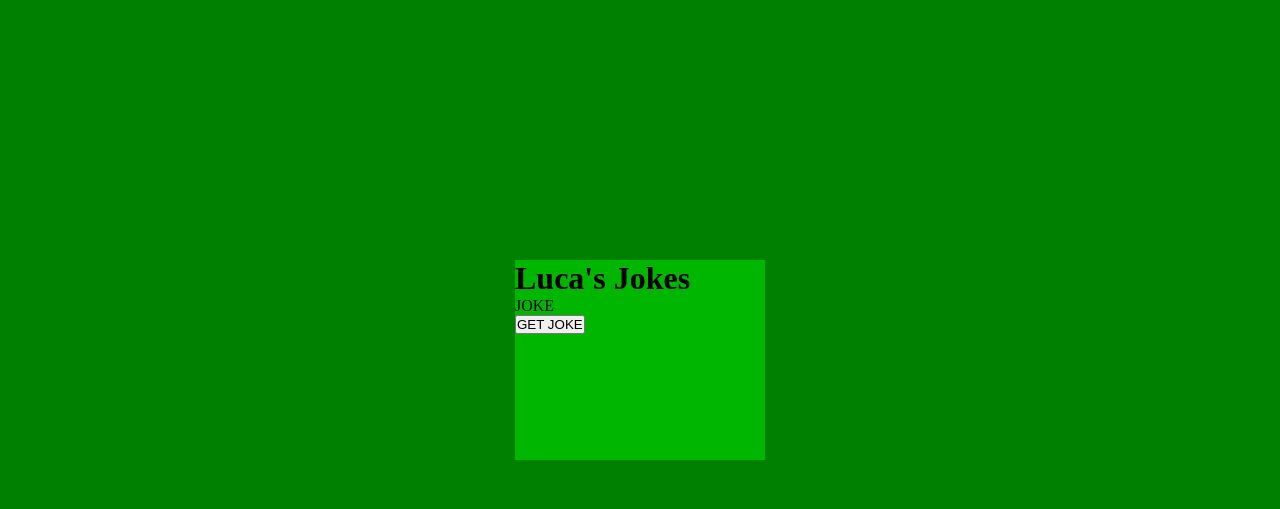
Repository: SerbanLuca/ChuckNorrisJokes-app
Page: /
The author's editor kept a copy of each file at every save. The page is drawn from the files as they stood at one save, then again after the next save.
The browser window is 1280 px wide. The pictures show the whole page.
The project was rebuilt for these pictures with package versions that can differ from the ones it lists, and the page was loaded fresh each time.

Above is the page before, as saved 2021-04-07 13:48:02.

After the next save:
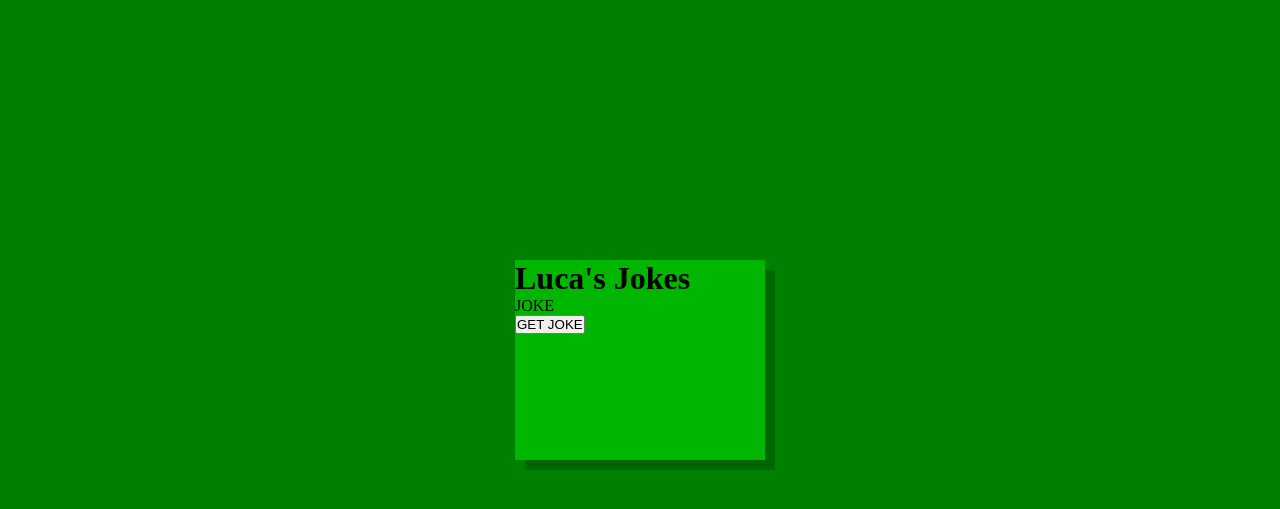
Saved 11 s later.
--- a/src/App.css
+++ b/src/App.css
@@ -19,7 +19,7 @@
   background-color: rgb(0, 182, 0);
   width: 250px;
   height: 200px;
-  box-shadow: 10px 10px rgba;
+  box-shadow: 10px 10px rgba(0,0,0,0.2);
 }
 
 body
